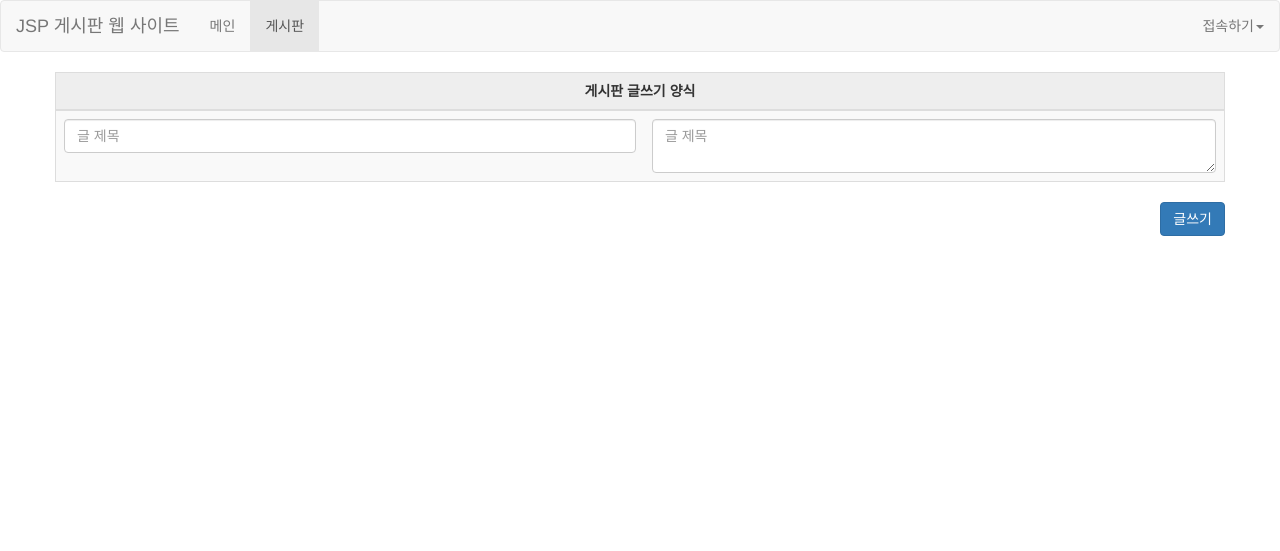
Repository: tykwon97/JSP
Page: http://localhost/BBS/view.jsp
An editor plug-in stored every save of this project. The page is shown before and after the next save, followed by the edit.
The browser window is 1280 px wide. The pictures show the whole page.
Some web libraries are served in a nearby version. The page is served by Tomcat 9.

Above is the page before, as saved 2021-01-28 15:40:53.

After the next save:
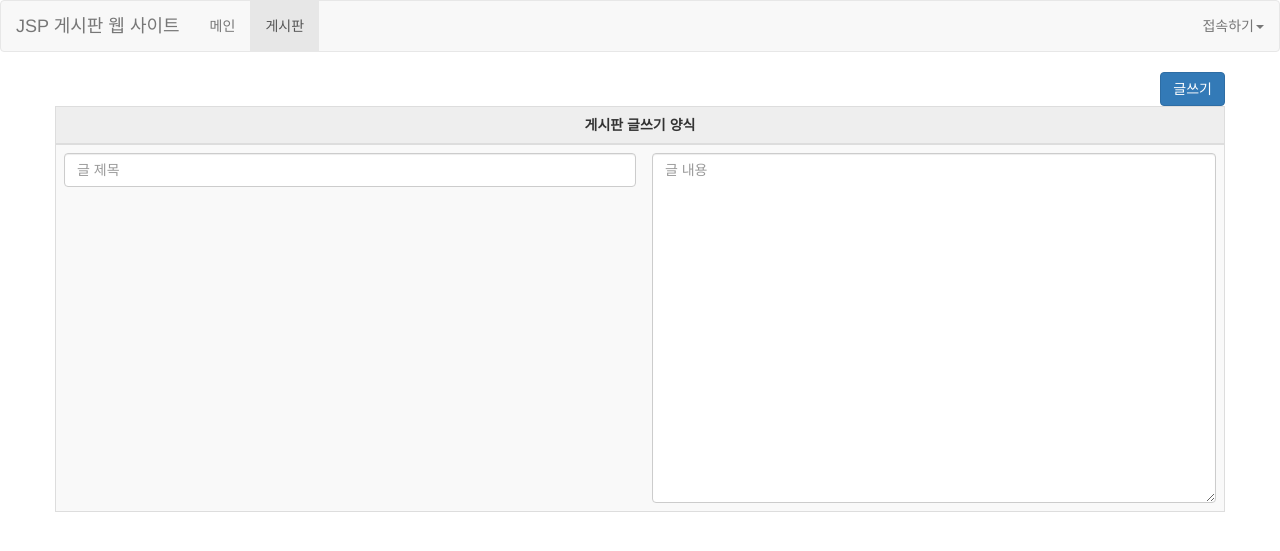
Saved 2 min 44 s later.
--- a/projects/BBS/WebContent/view.jsp
+++ b/projects/BBS/WebContent/view.jsp
@@ -75,11 +75,12 @@
 				</thead>
 				<tbody>
 					<td><input type="text" class="form-control" placeholder="글 제목" name="bbsTitle" maxlength="50"></td>
-					<td><textarea type="text" class="form-control" placeholder="글 제목" name="bbsTitle" maxlength="50"></textarea></td>
+					<td><textarea type="text" class="form-control" placeholder="글 내용" name="bbsContent" maxlength="2048" style="height:350px;"></textarea></td>
 					<!-- textarea -> 장문의 글 작성시 사용 -->
 				</tbody>
+				<input type="submit" class="btn btn-primary pull-right" value="글쓰기">
 			</table>
-			<a href="write.jsp" class="btn btn-primary pull-right">글쓰기</a>
+
 		</div>
 	</div>
 
